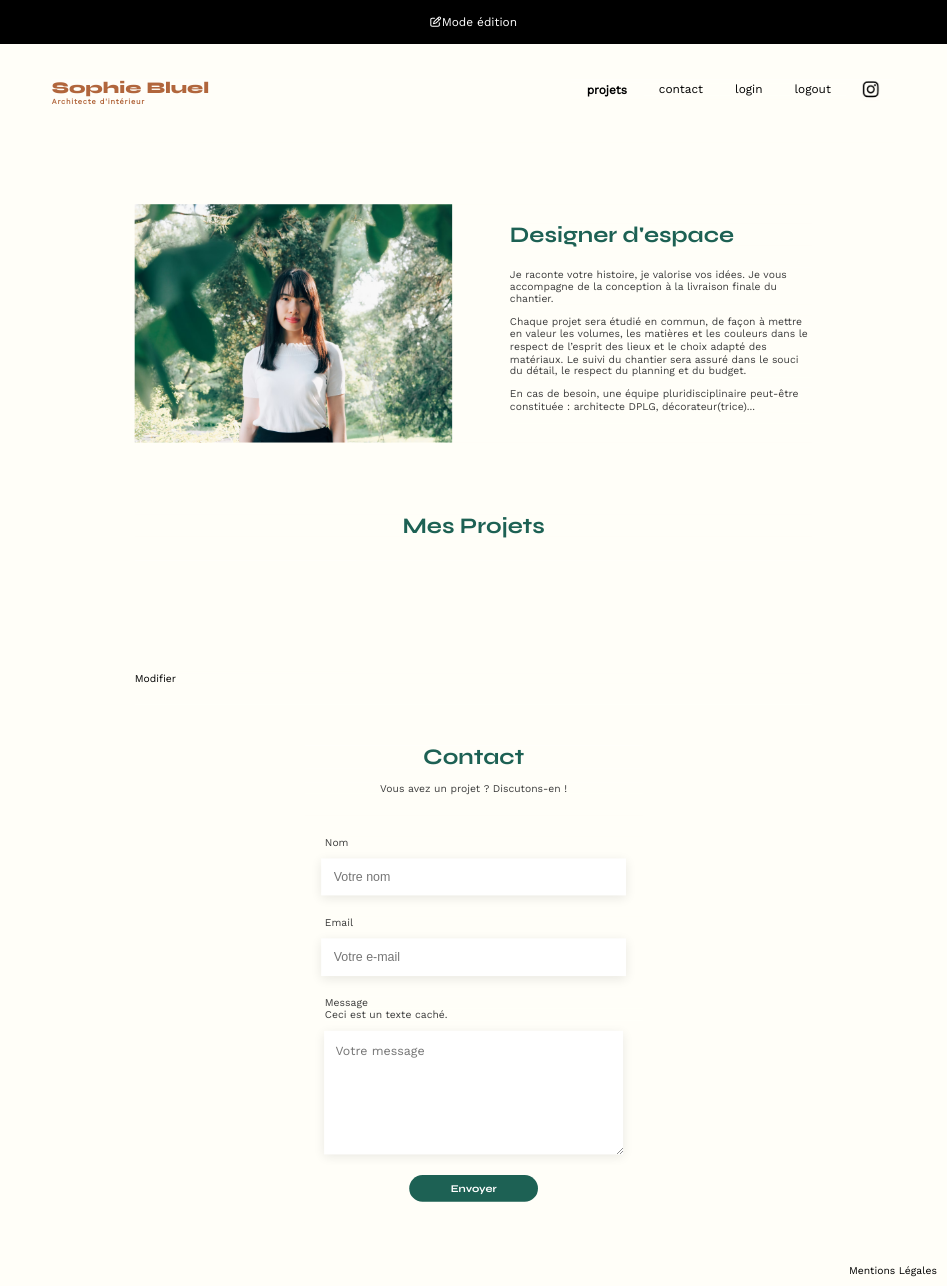
Repository: BlueSoley23/openclassrooms
Page: FrontEnd/index.html
An editor plug-in stored every save of this project. The page is shown before and after the next save, followed by the edit.
The browser window is 1280 px wide. The pictures show the whole page, at 74% of full size.
The page's requests for data from a server got no answer.

Above is the page before, as saved 2023-12-19 04:07:31.
Console error: TypeError: categories is not iterable

### FrontEnd/index.html
<!--
	 #################################################################################################
     ############# Page d'accueil du portfolio de l'architecte d'intérieur, Sophie Bluel #############
     ######################    Front-end du site developpé par Antoine Gauer    ######################
     #################################################################################################
	 ###########   Utilisation de classes BEM pour l'organisation et la stylisation des   ############
	 ###########              élements de la page (Block / Element / Modifier)            ############
	 #################################################################################################
	-->



<!-- Définition du type de document et de la langue -->
<!DOCTYPE html>
<html lang="fr">

<head>

	<!-- En-tête de la page -->
	<meta charset="UTF-8">

	<!-- Titre de la page (apparaissant dans l'onglet du navigateur) -->
	<title>Sophie Bluel - Architecte d'intérieur - Portfolio</title>

	<!-- Icône d'onglet par défaut (icône représentant le portrait de l'architecte, Sophie Bluel) -->
	<link rel="icon" href="./assets/icons/browser_icons/portrait_Sophie_Bluel/favicon.ico">

<!--
	Autres icônes disponibles (remplacer la ligne précédente par la ligne qui correspond à l'icône choisie)

	Icône représentant un travail de Sophie Bluel :
		<link rel="icon" href="./assets/icons/browser_icons/work_example_picture/favicon.ico">

	Icône minimaliste de design d'intérieur :
		<link rel="icon" href="./assets/icons/browser_icons/designer_minimalist_logo/favicon.ico">

	Icône moderne de design d'intérieur :
		<link rel="icon" href="./assets/icons/browser_icons/designer_modern_logo/favicon.ico">

	Icône artistique de design d'intérieur :
		<link rel="icon" href="./assets/icons/browser_icons/designer_artistic_logo/favicon.ico">

	Icône représentant le portrait de l'architecte, Sophie Bluel (par défaut):
		<link rel="icon" href="./assets/icons/browser_icons/portrait_Sophie_Bluel/favicon.ico">
-->


	<!-- Balise permettant de définir la largeur de la page en fonction de la largeur de l'écran -->
	<meta name="viewport" content="width=device-width, initial-scale=1.0">

	<!-- Préconnexion aux serveurs Google Fonts -->
	<link rel="preconnect" href="https://fonts.googleapis.com">
	<link rel="preconnect" href="https://fonts.gstatic.com" crossorigin>

	<!-- Import des polices Google Fonts -->
	<link href="https://fonts.googleapis.com/css2?family=Syne:wght@700;800&family=Work+Sans&display=swap"
		rel="stylesheet">

	<!-- Description de la page -->
	<meta name="description" content="Portfolio de l'artiste, Sophie Bluel - Page d'accueil">

	<!-- Import du fichier CSS -->
	<link rel="stylesheet" href="./assets/css/style.css">

	<!-- Import du fichier JavaScript -->
	<script type="module" src="./assets/scripts/gallery.js "></script>

</head>

<body>

	<!-- En-tête de la page -->
	<!-- Block : header -->
	<header class="header">

		<!-- Borderau du mode édition (pour les utilisateurs connctés) -->
		<!-- Element : edit-bar -->
		<div class="edit-bar">
			<img src="/FrontEnd/assets/icons/edit.svg" alt="Icône du mode édition" class="edit-bar__icon"></img>
			<p class="edit-bar__title">Mode édition</p>
		</div>

		<div class="header-block">
			<!-- En-tête de la page contenant un titre et un sous titre-->
			<!-- Elements : title /  subtitle -->
			<a href="./index.html"><h1 class="header__title">Sophie Bluel <span class="header__subtitle">Architecte d'intérieur</span></h1></a>

			<!-- Navigation principale -->
			<!-- Element : nav -->
			<nav class="header__nav">

				<!-- Liste du menu de liens vers les pages d'accueil, de contact, de connexion, et vers le profil Instagram de Sophie Bluel -->
				<!-- Block : nav-list -->
				<ul class="nav-list">

					<!-- Elements : item -->
					<!-- Modifier : active -->
					<li class="nav-list__item nav-list__item--active"><a href="./index.html">projets</a></li>
					<li class="nav-list__item"><a href=#>contact</a></li>
					<li class="nav-list__item nav-list__item--login"><a href="./login.html">login</a></li>
					<li class="nav-list__item nav-list__item--logout"><a href="#">logout</a></li>
					<li class="nav-list__item"><a href="https://instagram.com"><img src="./assets/icons/instagram.png" alt="Instagram" class="nav-list__item--img"></a></li>

				</ul>

			</nav>
		</div>
	</header>

	<!-- Contenu principal de la page -->
	<!-- Block : main -->
	<main class="main">

		<!-- Section d'introduction -->
		<!-- Block : introduction -->
		<section class="introduction">
		<h2 class="hidden-title">Section d'introduction</h2>

			<!-- Image de Sophie Bluel -->
			<!-- Element : figure -->
			<figure class="introduction__figure">
				<img src="./assets/images/sophie-bluel.png" alt="Photo de Sophie Bluel">
			</figure>

			<!-- Article d'introduction -->
			<!-- Element : article -->
			<article class="introduction__article">

				<!-- Titre de l'article -->
				<!-- Element : title -->
				<h2 class="introduction__title">Designer d'espace</h2>

				<!-- Paragraphes de l'article -->
				<!-- Element : paragraph -->
				<p class="introduction__paragraph">Je raconte votre histoire, je valorise vos idées. Je vous accompagne
					de la conception à la livraison finale du chantier.</p>
				<p class="introduction__paragraph">Chaque projet sera étudié en commun, de façon à mettre en valeur les
					volumes, les matières et les couleurs dans le respect de l’esprit des lieux et le choix adapté des
					matériaux. Le suivi du chantier sera assuré dans le souci du détail, le respect du planning et du
					budget.</p>
				<p class="introduction__paragraph">En cas de besoin, une équipe pluridisciplinaire peut-être constituée
					: architecte DPLG, décorateur(trice)...</p>
			</article>
		</section>

		<!-- Section du portfolio -->
		<!-- Block : portfolio -->
		<section class="portfolio">

			<!-- Titre de la section -->
			<!-- Element : title -->
			<h2 class="portfolio__title">Mes Projets</h2>
			<a href= # class="modifier-link__url">
				<div class="modifier-link__content">
					<svg class="modifier-link__content--icon" fill="currentColor">
						<use xlink:href="/FrontEnd/assets/icons/edit.svg"></use>
					</svg>
					<!--<img src="/FrontEnd/assets/icons/edit.svg" alt="Icône Modifier" class="modifier-link__content--icon"></img>-->
					<p class="modifier-link__content--title">Modifier</p>
				</div>
			</a>

			<!-- Navigation des catégories du portfolio -->
			<!-- Element : categories -->
			<nav class="portfolio__categories categories">

				<!-- ###### BOUTONS DE CATÉGORIES AFFICHÉS DYNAMIQUEMENT EN JAVASCRIPT ###### -->

			</nav>

			<!-- Galerie du portfolio -->
			<!-- Element : gallery -->
			<article class="portfolio__gallery gallery">
			<h2 class="hidden-title">Gallerie des travaux de Sophie Bluel</h2>

				<!-- ############## TRAVAUX AFFICHÉS DYNAMIQUEMENT EN JAVASCRIPT ############# -->

			</article>

		</section>

		<!-- Section de contact -->
		<!-- Block : contact -->
		<section class="contact">

			<!-- Titre de la section -->
			<!-- Element : title -->
			<h2 class="contact__title">Contact</h2>

			<!-- Paragraphe d'introduction -->
			<!-- Element : paragraph -->
			<p class="contact__paragraph">Vous avez un projet ? Discutons-en !</p>

			<!-- Formulaire de contact -->
			<!-- Element : form -->
			<form action="#" method="post" class="contact__form">

				<!-- Champs du formulaire -->
                <!-- Labels indiquant l'entrée attendue et champs de formulaire de type "text" pour les identifiants avec un texte
                    par défaut (placeholder) et l'élement autocomplete pour que le navigateur enregistre et suggère les identifants -->
                <!-- Modifiers : label / input-->

				<!-- Nom -->
				<label for="name" class="contact__form--label form__label">Nom</label>
				<input type="text" name="name" id="name" class="contact__form--input" autocomplete="name"
					placeholder="Votre nom">

				<!-- E-mail -->
				<label for="email" class="contact__form--label form__label">Email</label>
				<input type="email" name="email" id="email" class="contact__form--input" autocomplete="email"
					placeholder="Votre e-mail">

				<!-- Message -->
				<label for="message" class="contact__form--label form__label">Message<div>Ceci est un texte caché.</div></label>
				<textarea name="message" id="message" cols="30" rows="10" class="contact__form--textaera"
					placeholder="  Votre message"></textarea>

				<!-- Bouton de soumission du formulaire -->
				<!-- Modifier : submit -->
				<input type="submit" value="Envoyer" class="contact__form--submit">

			</form>

		</section>

	</main>

    <!-- Pied de page -->
    <!-- Block : footer -->
    <footer class="footer">

        <!-- Pied de page -->
        <!-- Element : nav -->
        <nav class="footer__nav">

            <!-- Navigation secondaire -->
            <!-- Element : nav-list -->
            <ul class="footer__nav-list">

                <!-- Lien vers les mentions légales -->
                <!-- Element : nav-item -->
                <li class="footer__nav-item">Mentions Légales</li>

            </ul>

        </nav>

    </footer>

</body>

</html>

Loaded but not shown: FrontEnd/assets/scripts/gallery.js (223 lines, source omitted); FrontEnd/assets/css/style.css (578 lines, source omitted)

After the next save:
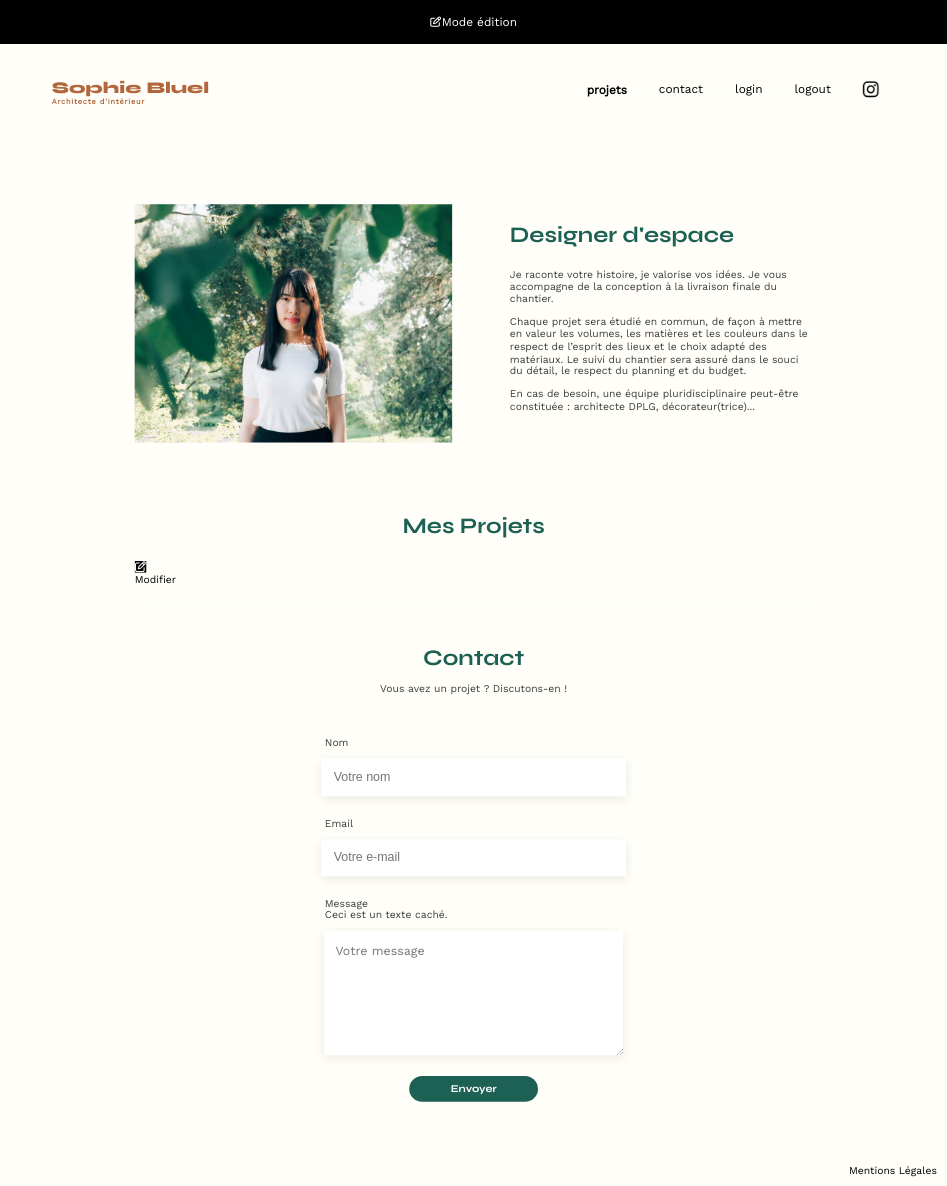
Saved 2 days later.
--- a/FrontEnd/index.html
+++ b/FrontEnd/index.html
@@ -152,10 +152,7 @@
 			<h2 class="portfolio__title">Mes Projets</h2>
 			<a href= # class="modifier-link__url">
 				<div class="modifier-link__content">
-					<svg class="modifier-link__content--icon" fill="currentColor">
-						<use xlink:href="/FrontEnd/assets/icons/edit.svg"></use>
-					</svg>
-					<!--<img src="/FrontEnd/assets/icons/edit.svg" alt="Icône Modifier" class="modifier-link__content--icon"></img>-->
+					<img src="/FrontEnd/assets/icons/edit.svg" alt="Icône du mode édition" class="edit-bar__icon"></img>
 					<p class="modifier-link__content--title">Modifier</p>
 				</div>
 			</a>
